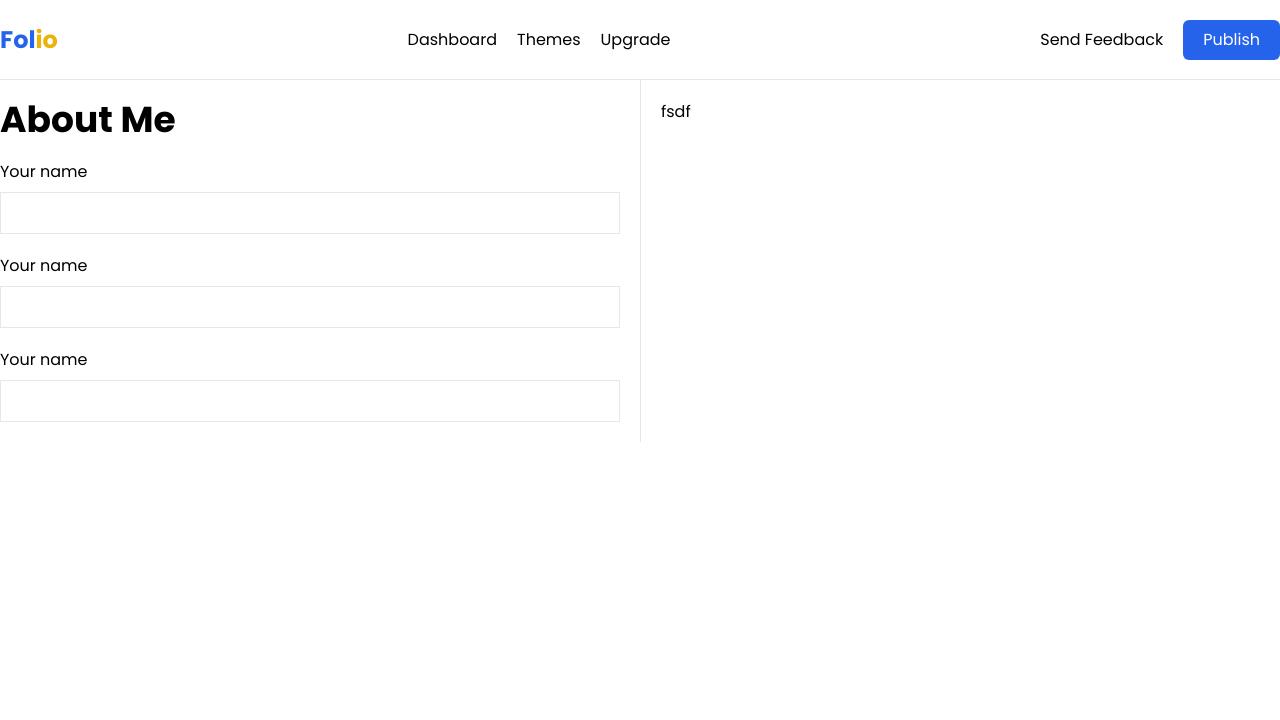
Repository: langford-dev/follio
Page: /
An editor plug-in stored every save of this project. The page is shown before and after the next save, followed by the edit.
The browser window is 1280 px wide. The pictures show the whole page.
The project was rebuilt for these pictures with package versions that can differ from the ones it lists, and the page was loaded fresh each time. The framework's server and built-in components were replaced by stand-ins that run in the browser. Also part of the build but not shown: next.config.js, components/pageView.js.

Above is the page before, as saved 2022-03-19 10:50:31.

### pages/_app.js
import { AppProvider } from '../context/context'
import '../styles/globals.css'

function MyApp({ Component, pageProps }) {
  return <AppProvider>
    <Component {...pageProps} />
  </AppProvider>
}

export default MyApp

### pages/index.js
import EditView from '../components/body'
import Header from '../components/header'

export default function Home() {
  return <div>
    <Header />
    <EditView />
  </div>
}

### context/context.js
import { createContext, useEffect } from "react"

export const AppContext = createContext()

export const AppProvider = ({ children }) => {
    return <AppContext.Provider>
        {children}
    </AppContext.Provider>
}

### styles/globals.css
@import url('https://fonts.googleapis.com/css2?family=Poppins:wght@300;400;500;600;700;800&display=swap');

@tailwind base;
@tailwind components;
@tailwind utilities;


html,
body {
  /* background: #f1f1f188; */
  padding: 0;
  margin: 0;
}

a {
  color: inherit;
  text-decoration: none;
}

* {
  box-sizing: border-box;
  font-family: "Poppins", -apple-system, BlinkMacSystemFont, Segoe UI, Roboto, Oxygen,
    Ubuntu, Cantarell, Fira Sans, Droid Sans, Helvetica Neue, sans-serif;
}

### components/body.js
import PageView from "./pageView"

const styles = {
    pageView: `m-auto max-w-screen-xl`,
    title: `text-4xl font-bold`,
    flexView: `flex`,
    editingView: `w-1/2 p-5 pl-0`,
    preview: `border-l w-1/2 p-5`,
    inputContainer: `flex flex-col mt-5`,
    input: `border p-2 outline-none mt-2`,
    label: ``
}

const EditView = () => {
    return <div className={styles.pageView}>
        <div className={styles.flexView}>
            <div className={styles.editingView}>
                <p className={styles.title}>About Me</p>
                <div className={styles.inputContainer}>
                    <label className={styles.label}>Your name</label>
                    <input type="text" className={styles.input} />
                </div>
                <div className={styles.inputContainer}>
                    <label className={styles.label}>Your name</label>
                    <input type="text" className={styles.input} />
                </div>
                <div className={styles.inputContainer}>
                    <label className={styles.label}>Your name</label>
                    <input type="text" className={styles.input} />
                </div>
            </div>
            <div className={styles.preview}>fsdf</div>
        </div>
    </div>
}

export default EditView

### components/header.js
import Link from "next/link"
import Logo from "./logo"

const styles = {
    header: `border-b h-20 bg-white`,
    headerWrapper: `m-auto max-w-screen-xl h-full flex items-center justify-between`,
    button: `bg bg-blue-600 text-white h-10 px-5 flex items-center justify-center rounded-md cursor-pointer`,
    nav: `flex`,
    navLink: `mr-5 hover:text-blue-600 cursor-pointer`,
}

const Header = () => {
    return <header className={styles.header}>
        <div className={styles.headerWrapper}>
            <Logo />
            <nav className={styles.nav}>
                <Link passHref={true} href="/"><p className={styles.navLink}>Dashboard</p></Link>
                <Link passHref={true} href="/"><p className={styles.navLink}>Themes</p></Link>
                <Link passHref={true} href="/"><p className={styles.navLink}>Upgrade</p></Link>
            </nav>
            <div className="flex items-center">
                <p className="mr-5">Send Feedback</p>
                <div className={styles.button}>Publish</div>
            </div>
        </div>
    </header>
}

export default Header

### components/logo.js
const Logo = () => {
    return <p className="font-bold text-2xl text-blue-600">Fol<span className="text-yellow-500">io</span></p>
}

export default Logo

Loaded but not shown: tailwind.config.js (common file)

After the next save:
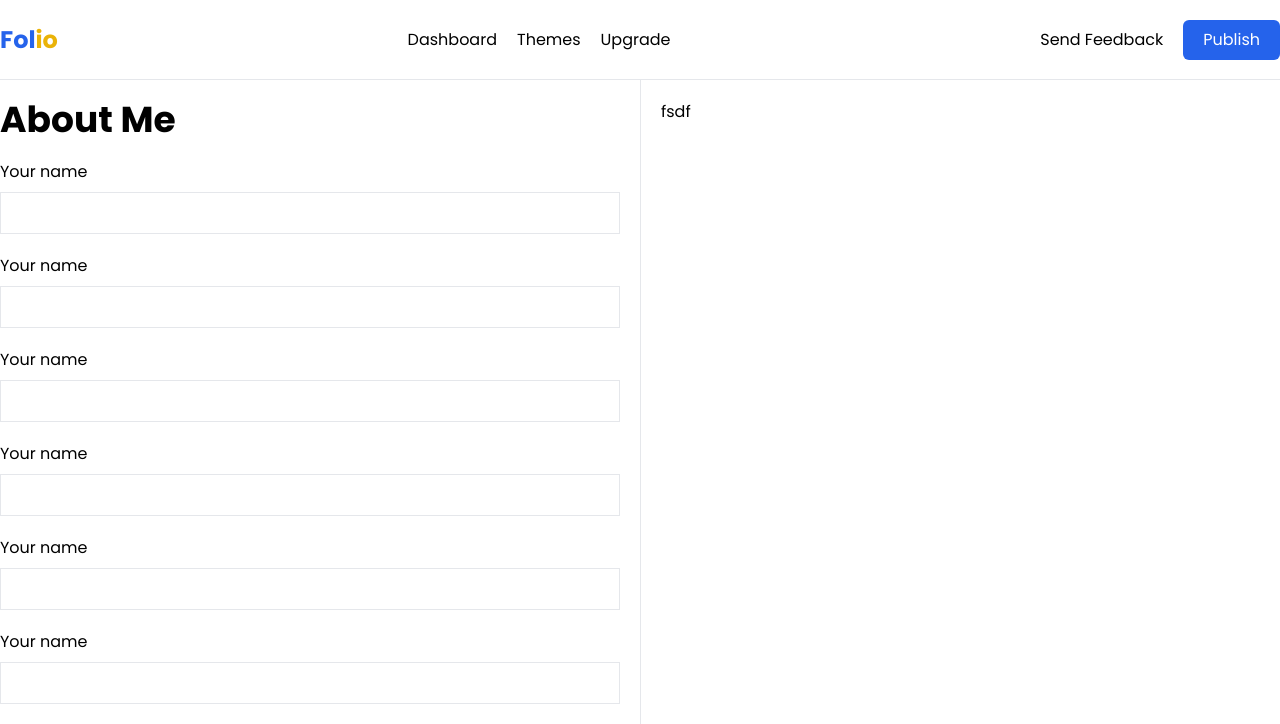
Saved 5 s later.
--- a/components/body.js
+++ b/components/body.js
@@ -27,6 +27,17 @@ const EditView = () => {
                 <div className={styles.inputContainer}>
                     <label className={styles.label}>Your name</label>
                     <input type="text" className={styles.input} />
+                </div><div className={styles.inputContainer}>
+                    <label className={styles.label}>Your name</label>
+                    <input type="text" className={styles.input} />
+                </div>
+                <div className={styles.inputContainer}>
+                    <label className={styles.label}>Your name</label>
+                    <input type="text" className={styles.input} />
+                </div>
+                <div className={styles.inputContainer}>
+                    <label className={styles.label}>Your name</label>
+                    <input type="text" className={styles.input} />
                 </div>
             </div>
             <div className={styles.preview}>fsdf</div>
